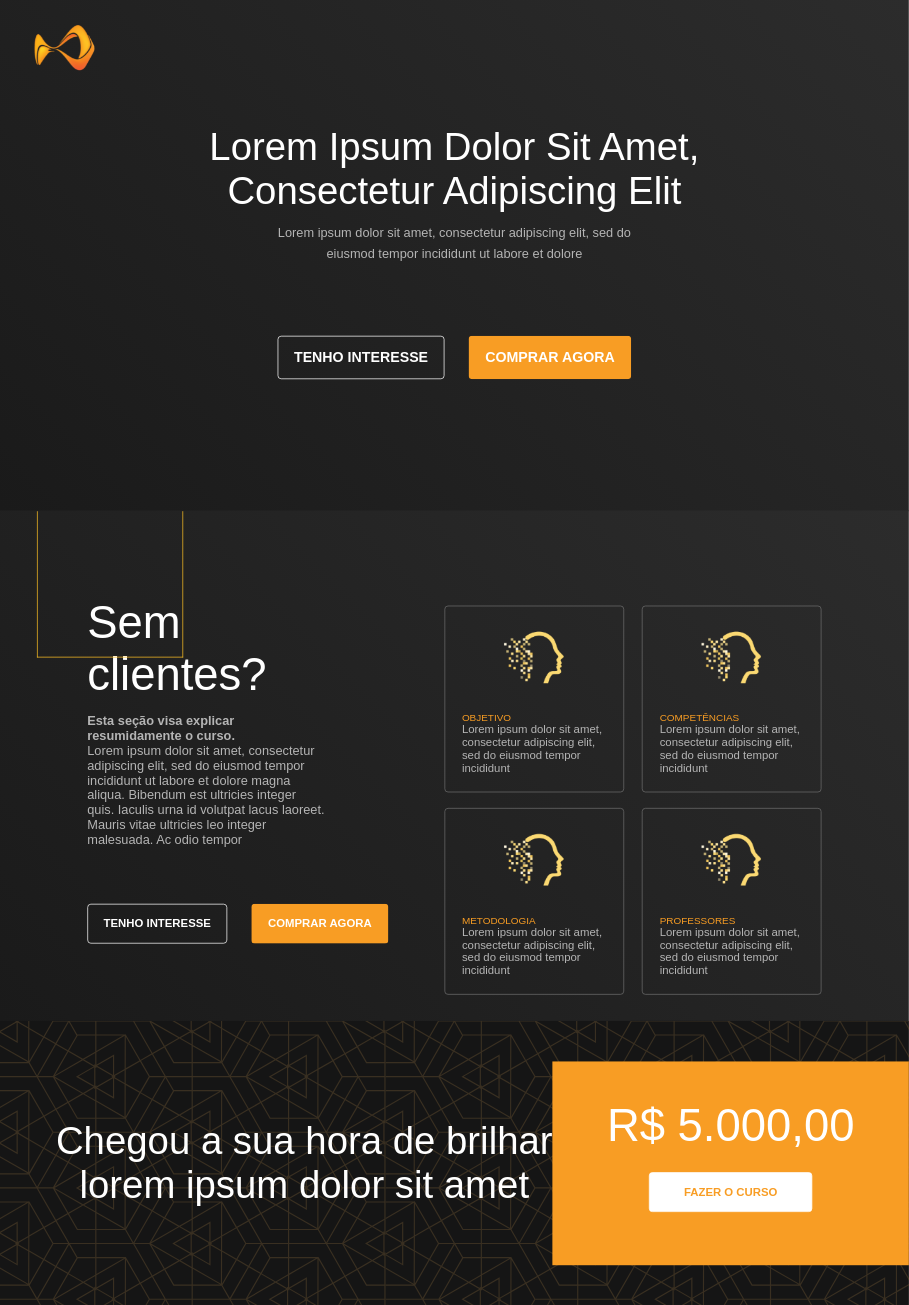
Repository: Rafael-Araujo-dev/Treinamento-Raccoon
Page: Projeto-2/index.html
The author's editor kept a copy of each file at every save. The page is drawn from the files as they stood at one save, then again after the next save.
The browser window is 1280 px wide. The pictures show the whole page, at 71% of full size.
Some web fonts or font styles are not loaded; a fallback is used.

Above is the page before, as saved 2021-09-23 11:25:55.

After the next save:
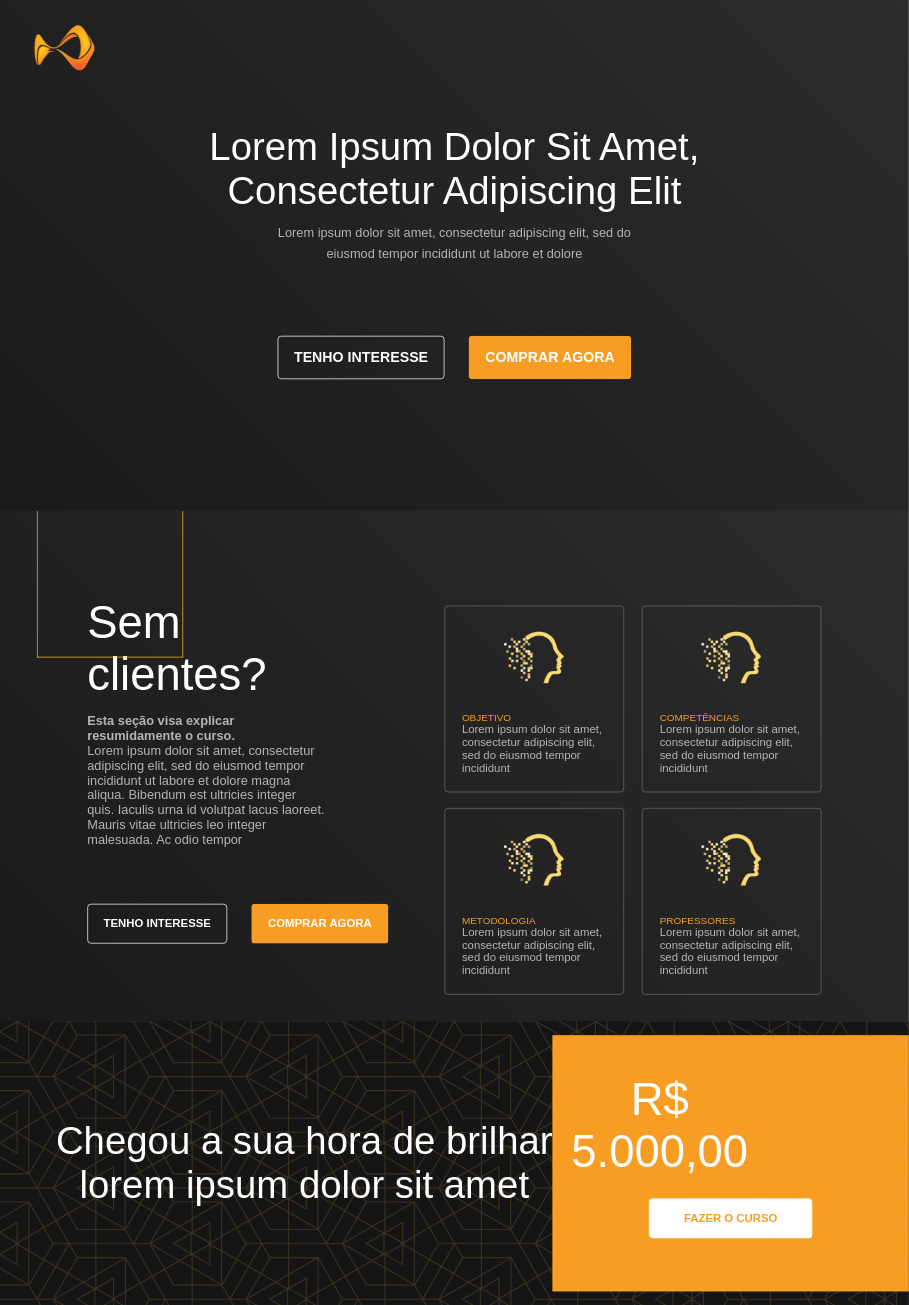
Saved 4 s later.
--- a/Projeto-2/css/style.css
+++ b/Projeto-2/css/style.css
@@ -382,4 +382,5 @@
 .take-course .container .card .text {
     font-weight: normal;
     font-size: 64px;
-}
+    padding-right: 200px;
+}

After the 4 saves that followed:
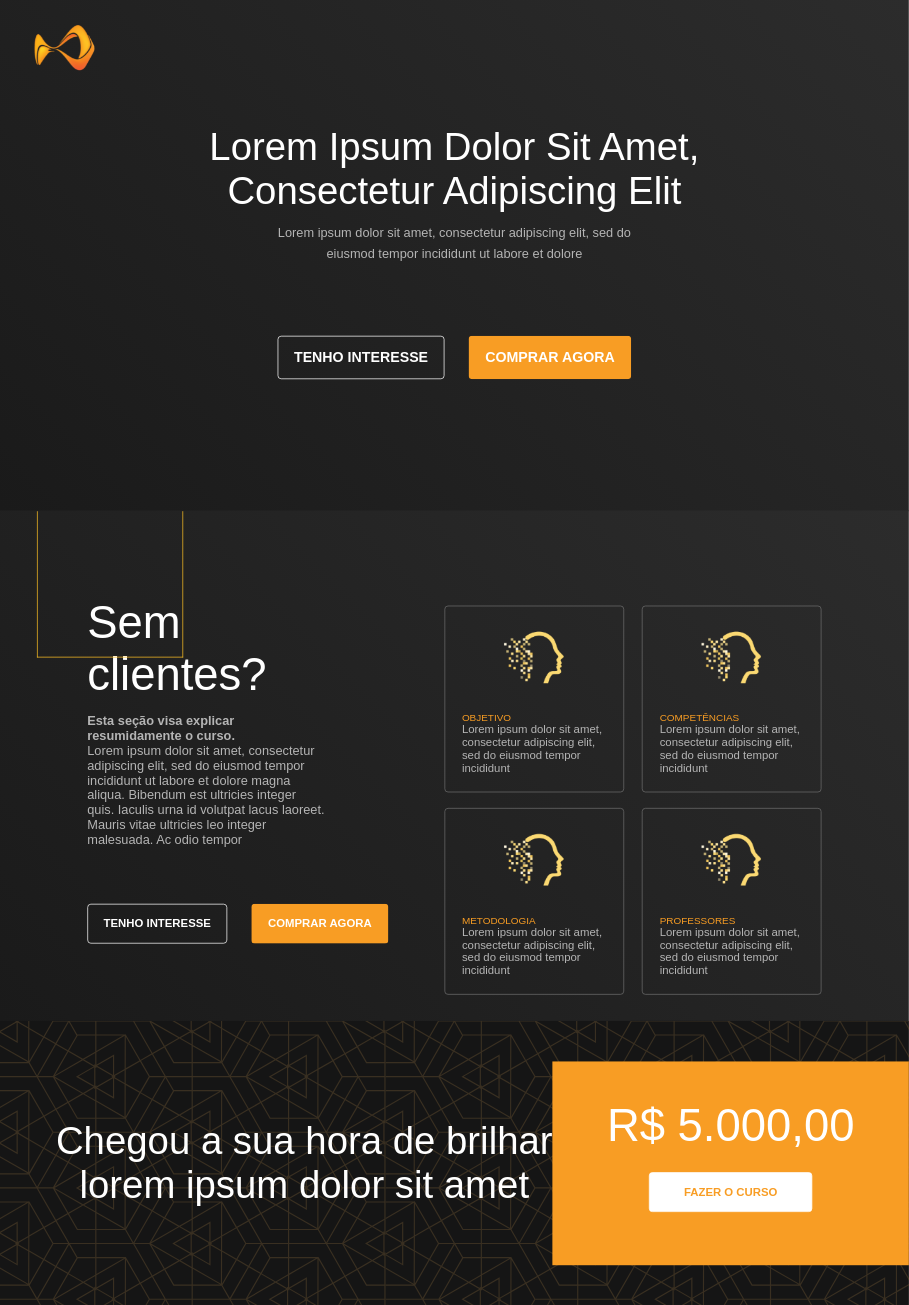
The 4 saves are shown as one change because 1 left the picture as it was and some came seconds apart.
The last was saved 10 s later.
--- a/Projeto-2/css/style.css
+++ b/Projeto-2/css/style.css
@@ -382,5 +382,4 @@
 .take-course .container .card .text {
     font-weight: normal;
     font-size: 64px;
-    padding-right: 200px;
-}
+}
